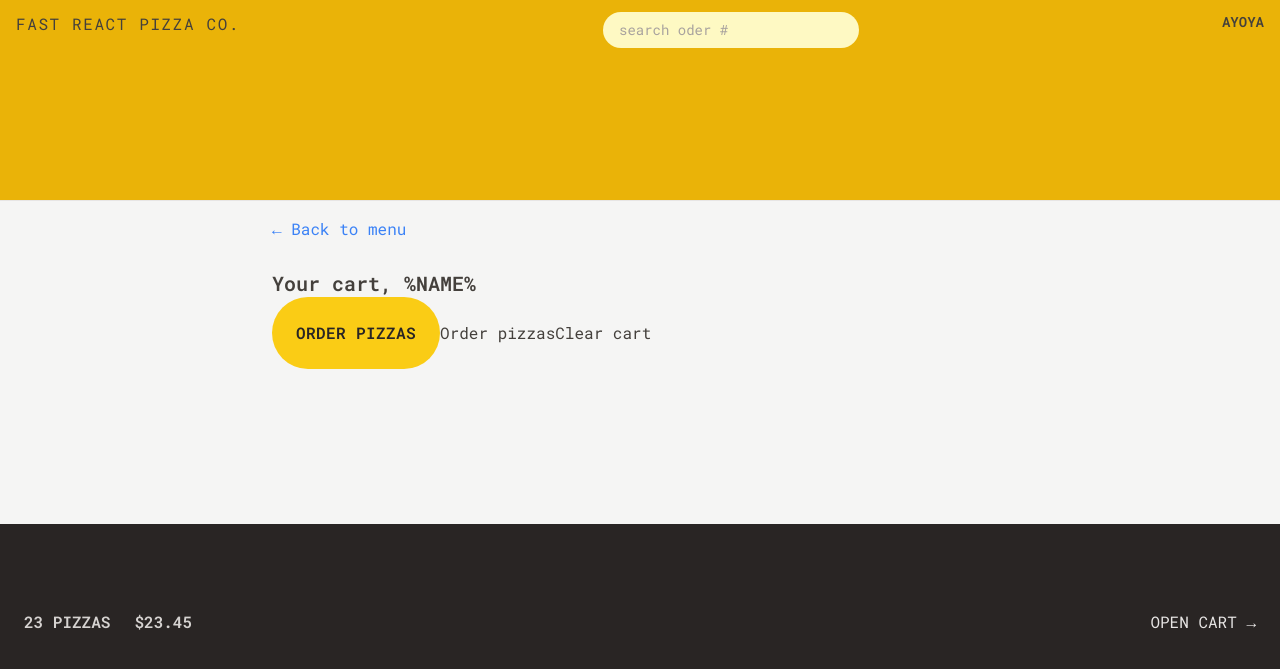
Repository: ayakhaled0001/pizza-delivery
Page: /cart
The author's editor kept a copy of each file at every save. The page is drawn from the files as they stood at one save, then again after the next save.
The browser window is 1280 px wide. The pictures show the whole page.
The project was rebuilt for these pictures with package versions that can differ from the ones it lists, and the page was loaded fresh each time. Also part of the build but not shown: vite.config.js, src/features/user/CreateUser.jsx, src/ui/Home.jsx, src/services/apiRestaurant.jsx, src/utilities/helpers.jsx, src/features/menu/MenuItem.jsx, src/features/menu/Menu.jsx, src/features/order/Order.jsx and 2 more. Imported but missing from the stored project, and not drawn on this page: src/features/order/CreateOrder.

Above is the page before, as saved 2025-05-01 15:20:03.

After the next save:
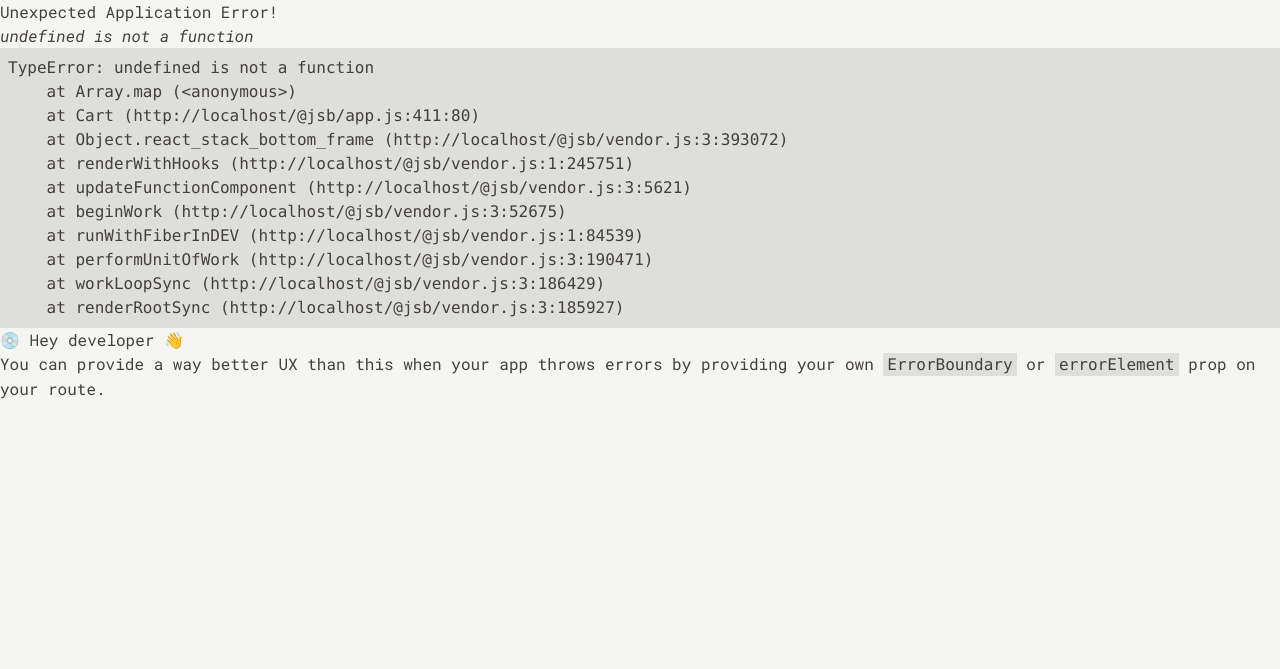
Saved 25 s later.
--- a/src/features/cart/Cart.jsx
+++ b/src/features/cart/Cart.jsx
@@ -34,7 +34,7 @@ function Cart() {
       <LinkButton to="/menu">&larr; Back to menu</LinkButton>
 
       <h2 className="mt-7 text-xl font-semibold">Your cart, %NAME%</h2>
-
+      <ul>{cart.map()}</ul>
       <div>
         <Button to="/order/new">Order pizzas</Button>
         <Link>Order pizzas</Link>
